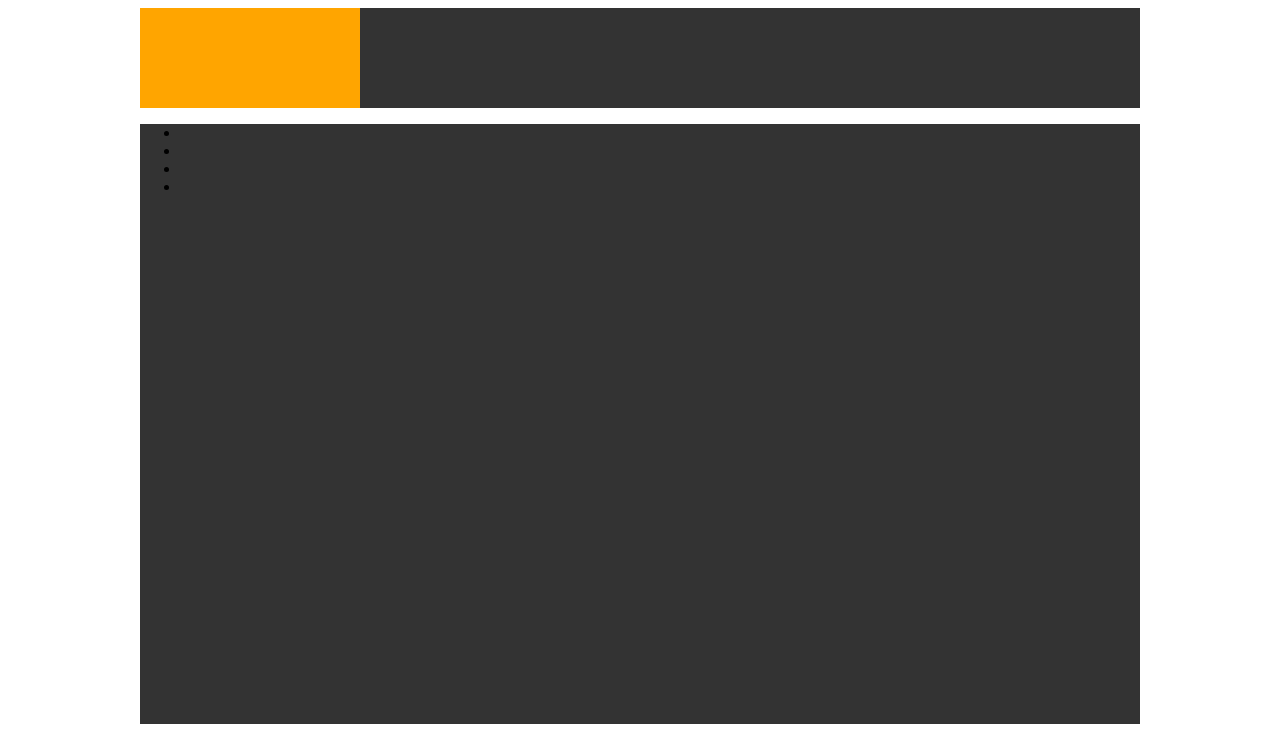
Repository: Tdaine/node
Page: css/code/floatWebLayout.html
The author's editor kept a copy of each file at every save. The page is drawn from the files as they stood at one save, then again after the next save.
The browser window is 1280 px wide. The pictures show the whole page.

Above is the page before, as saved 2021-04-28 15:28:48.

After the next save:
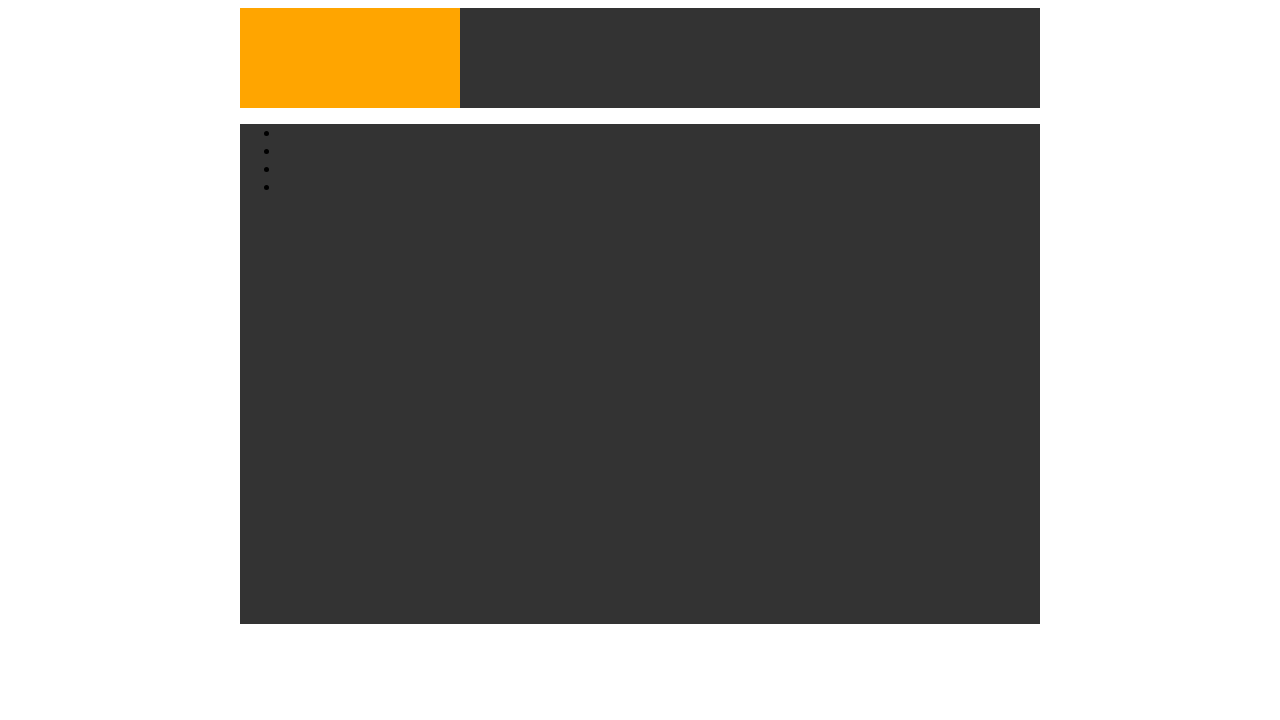
Saved 29 s later.
--- a/css/code/floatWebLayout.html
+++ b/css/code/floatWebLayout.html
@@ -7,19 +7,19 @@
   <title>Document</title>
   <style>
     header{
-      width: 1000px;
+      width: 800px;
       height: 100px;
       margin: 0 auto;
       background-color: #333;
     }
     .content{
-      width: 1000px;
-      height: 500px;
+      width: 800px;
+      height: 400px;
       margin: 0 auto;
       background-color: #333;
     }
     footer{
-      width: 1000px;
+      width: 800px;
       height: 100px;
       margin: 0 auto;
       background-color: #333;
